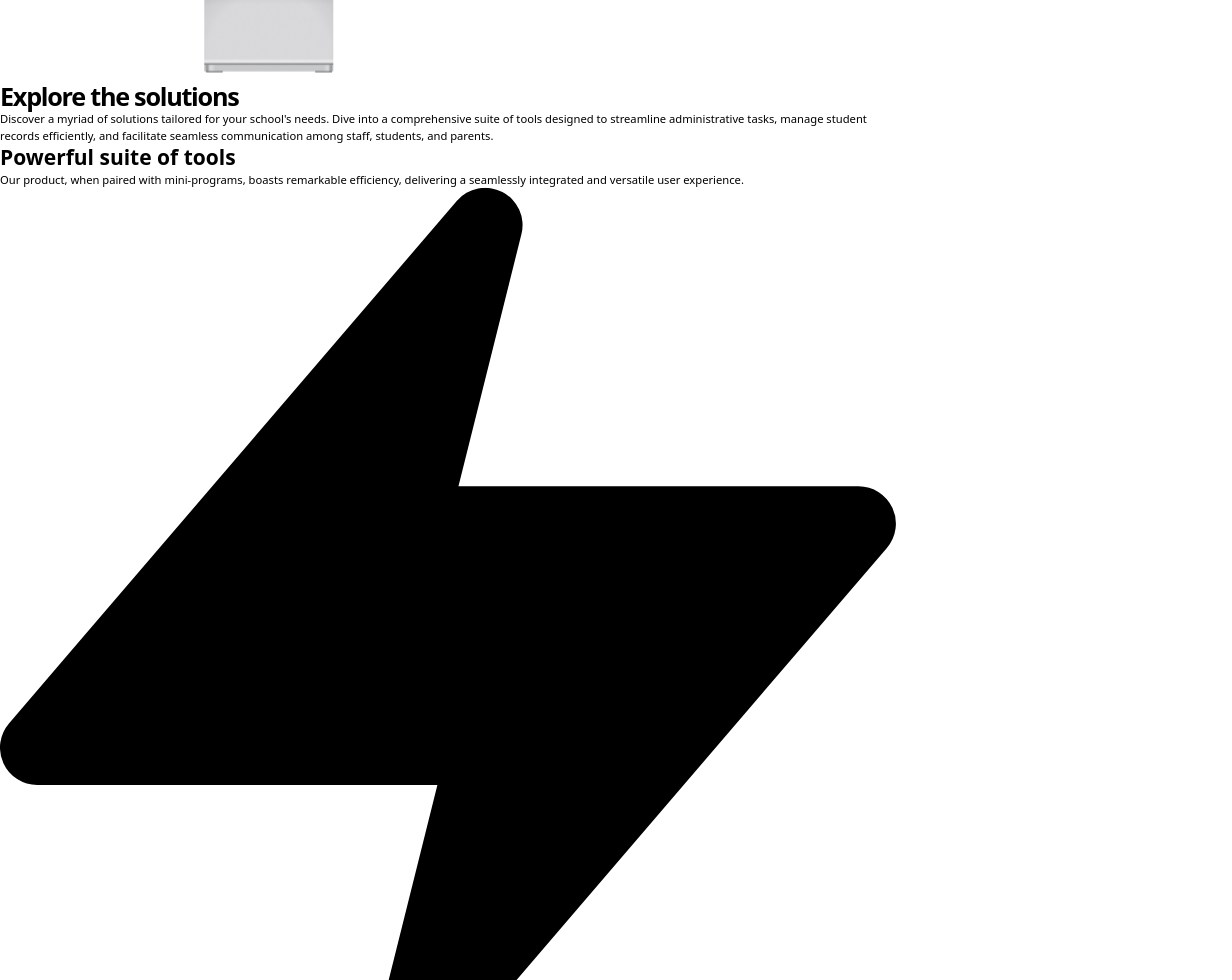
Repository: BarrySong97/flysky-landing
Page: /
These files come from the project's save history. The page is drawn as it stood at one moment and after the next save; the edit follows.
The browser window is 1280 px wide. The page is 1760 px wide, so the pictures cover 1760 px, including what lies to the right of the window. The pictures show the part of the page from y = 1286 to 2686 px (the page is 23751 px tall), at 70% of full size.
The project was rebuilt for these pictures with package versions that can differ from the ones it lists, and the page was loaded fresh each time. Also part of the build but not shown: vite.config.js, src/partials/Banner.jsx, src/pages/SignIn.jsx, src/pages/SignUp.jsx, src/pages/ResetPassword.jsx.

Above is the page before, as saved 2023-12-10 09:45:34.

After the next save:
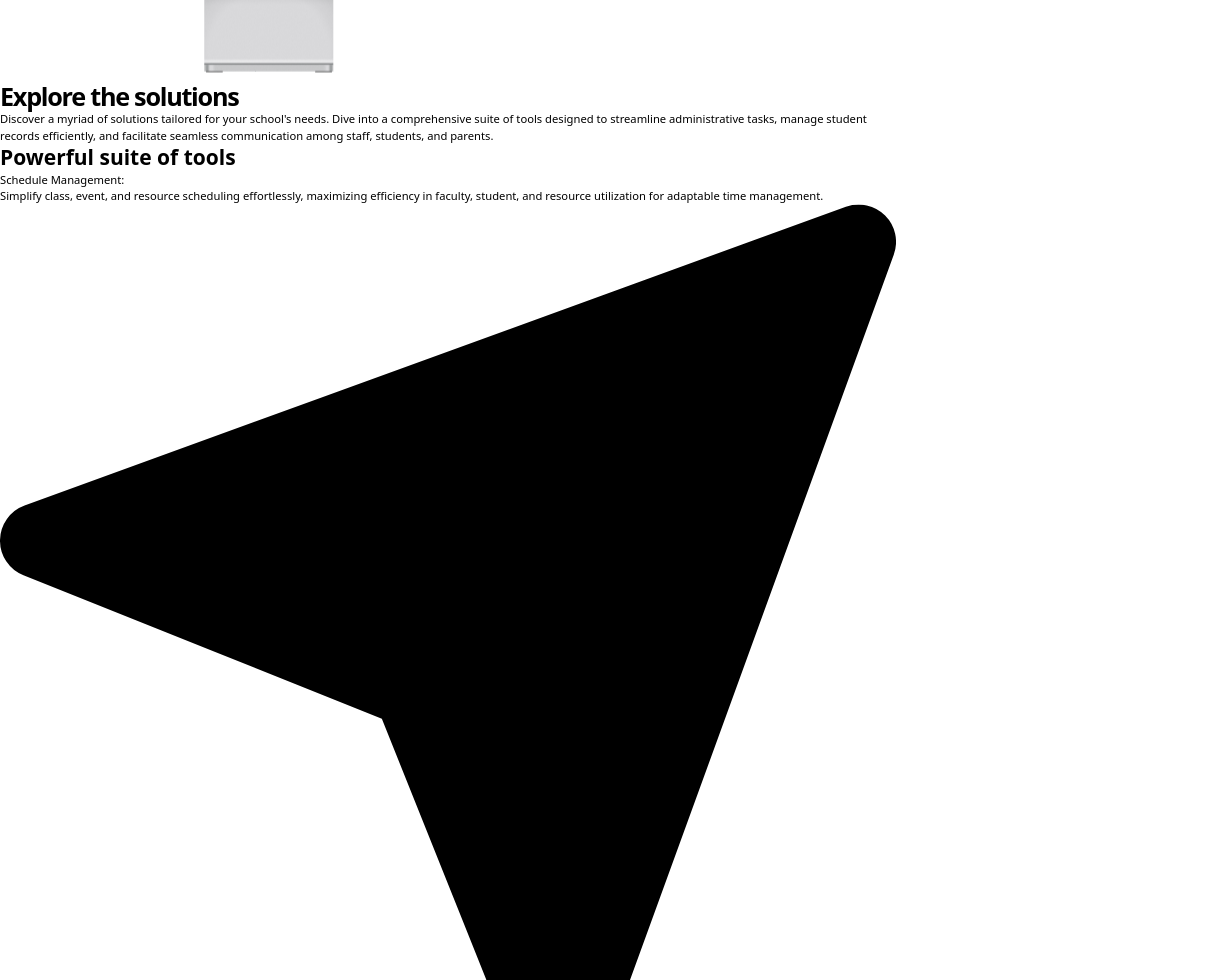
Saved 12 s later.
--- a/src/partials/Features.jsx
+++ b/src/partials/Features.jsx
@@ -58,36 +58,6 @@ function Features() {
               <div className="mb-8 md:mb-0">
                 <a
                   className={`flex items-center text-lg p-5 rounded border transition duration-300 ease-in-out mb-3 ${
-                    tab !== 1
-                      ? "bg-white shadow-md border-gray-200 hover:shadow-lg"
-                      : "bg-gray-200 border-transparent"
-                  }`}
-                  href="#0"
-                  onClick={(e) => {
-                    e.preventDefault();
-                    setTab(1);
-                  }}
-                >
-                  <div>
-                    <div className="font-bold leading-snug tracking-tight mb-1">
-                      Our product, when paired with mini-programs, boasts
-                      remarkable efficiency, delivering a seamlessly integrated
-                      and versatile user experience.
-                    </div>
-                    <div className="text-gray-600"></div>
-                  </div>
-                  <div className="flex justify-center items-center w-8 h-8 bg-white rounded-full shadow flex-shrink-0 ml-3">
-                    <svg
-                      className="w-3 h-3 fill-current"
-                      viewBox="0 0 12 12"
-                      xmlns="http://www.w3.org/2000/svg"
-                    >
-                      <path d="M11.953 4.29a.5.5 0 00-.454-.292H6.14L6.984.62A.5.5 0 006.12.173l-6 7a.5.5 0 00.379.825h5.359l-.844 3.38a.5.5 0 00.864.445l6-7a.5.5 0 00.075-.534z" />
-                    </svg>
-                  </div>
-                </a>
-                <a
-                  className={`flex items-center text-lg p-5 rounded border transition duration-300 ease-in-out mb-3 ${
                     tab !== 2
                       ? "bg-white shadow-md border-gray-200 hover:shadow-lg"
                       : "bg-gray-200 border-transparent"
@@ -191,6 +161,36 @@ function Features() {
                         fill="#191919"
                         fillRule="nonzero"
                       />
+                    </svg>
+                  </div>
+                </a>
+                <a
+                  className={`flex items-center text-lg p-5 rounded border transition duration-300 ease-in-out mb-3 ${
+                    tab !== 1
+                      ? "bg-white shadow-md border-gray-200 hover:shadow-lg"
+                      : "bg-gray-200 border-transparent"
+                  }`}
+                  href="#0"
+                  onClick={(e) => {
+                    e.preventDefault();
+                    setTab(1);
+                  }}
+                >
+                  <div>
+                    <div className="font-bold leading-snug tracking-tight mb-1">
+                      Our product, when paired with mini-programs, boasts
+                      remarkable efficiency, delivering a seamlessly integrated
+                      and versatile user experience.
+                    </div>
+                    <div className="text-gray-600"></div>
+                  </div>
+                  <div className="flex justify-center items-center w-8 h-8 bg-white rounded-full shadow flex-shrink-0 ml-3">
+                    <svg
+                      className="w-3 h-3 fill-current"
+                      viewBox="0 0 12 12"
+                      xmlns="http://www.w3.org/2000/svg"
+                    >
+                      <path d="M11.953 4.29a.5.5 0 00-.454-.292H6.14L6.984.62A.5.5 0 006.12.173l-6 7a.5.5 0 00.379.825h5.359l-.844 3.38a.5.5 0 00.864.445l6-7a.5.5 0 00.075-.534z" />
                     </svg>
                   </div>
                 </a>
